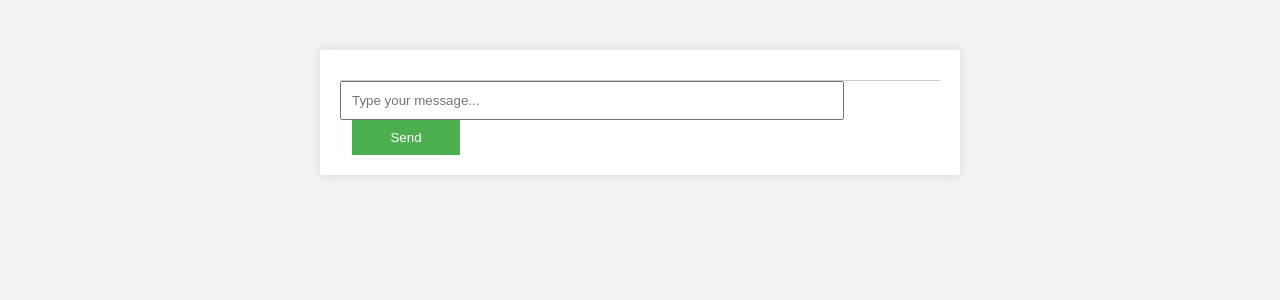
Repository: KanmegneTabouguie/realtimechat
Page: public/index.html
An editor plug-in stored every save of this project. The page is shown before and after the next save, followed by the edit.
The browser window is 1280 px wide. The pictures show the whole page.
The page's requests for data from a server got no answer. Some web libraries are served in a nearby version.

Above is the page before, as saved 2024-03-04 14:23:09.

After the next save:
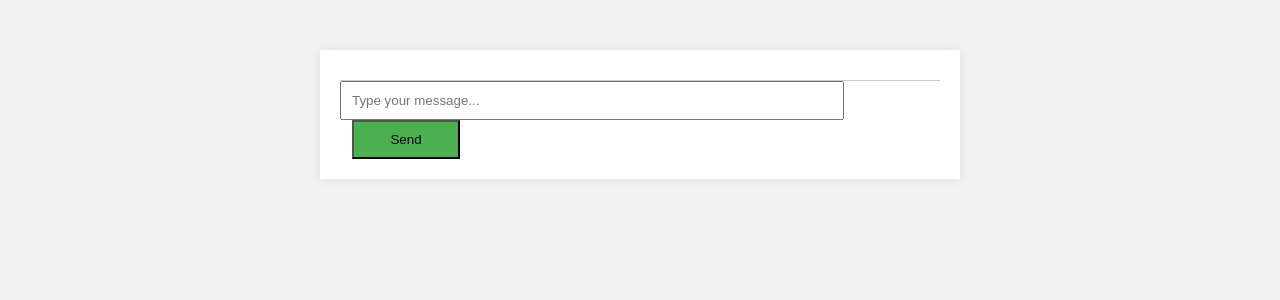
Saved 3 min 11 s later.
--- a/public/style.css
+++ b/public/style.css
@@ -30,13 +30,4 @@
     padding: 10px;
     margin-left: 2%;
     background-color: #4caf50;
-    color: #fff;
-    border: none;
-    cursor: pointer;
-  }
-
-  #send-button:hover {
-    background-color: #45a049;
-  }
-
-  /* Add more styles as needed */
+    color

After the save that followed:
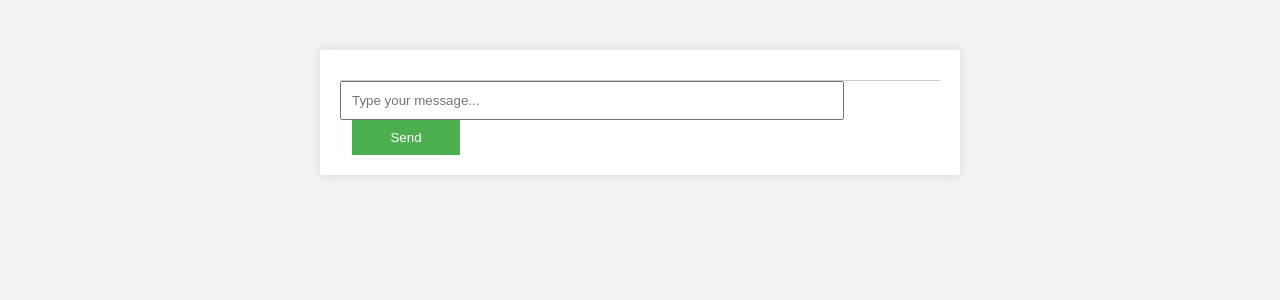
Saved 7 s later.
--- a/public/style.css
+++ b/public/style.css
@@ -30,4 +30,13 @@
     padding: 10px;
     margin-left: 2%;
     background-color: #4caf50;
-    color
+    color: #fff;
+    border: none;
+    cursor: pointer;
+  }
+
+  #send-button:hover {
+    background-color: #45a049;
+  }
+
+  /* Add more styles as needed */
